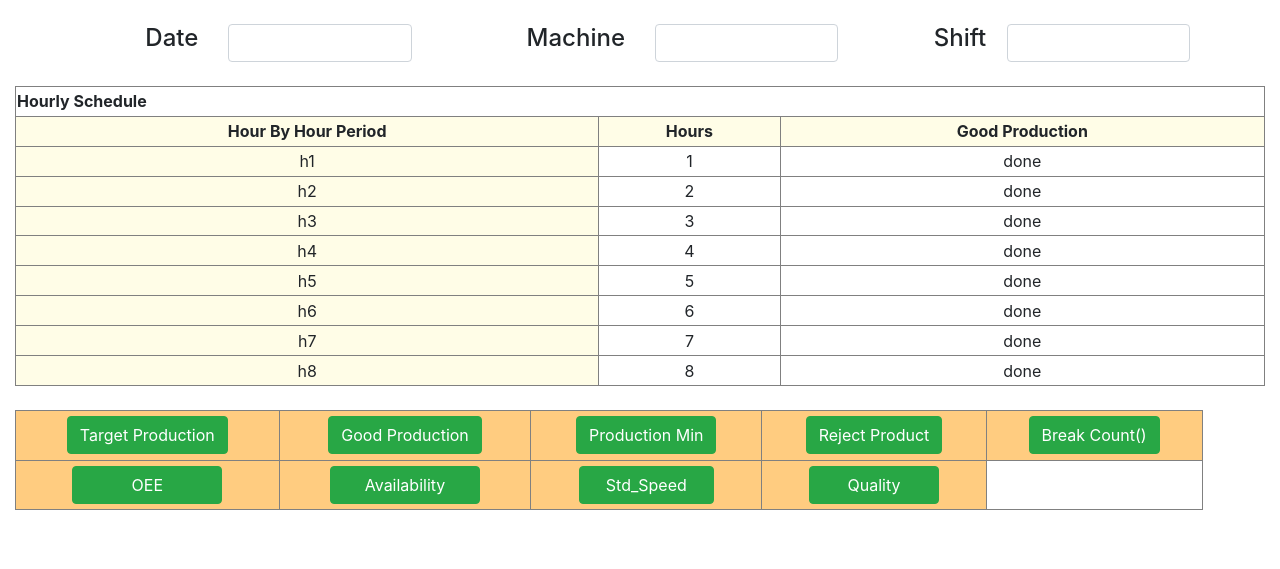
Repository: hisamit97/TVS-Locas
Page: index.html
These files come from the project's save history. The page is drawn as it stood at one moment and after the next save; the edit follows.
The browser window is 1280 px wide. The pictures show the whole page.

Above is the page before, as saved 2020-12-01 11:57:21.

### index.html
<html>

<head>
    <title>TVS LoCas</title>
    <link rel="stylesheet" href="https://cdn.jsdelivr.net/npm/bootstrap@4.5.3/dist/css/bootstrap.min.css" integrity="sha384-TX8t27EcRE3e/ihU7zmQxVncDAy5uIKz4rEkgIXeMed4M0jlfIDPvg6uqKI2xXr2" crossorigin="anonymous">

<!-- jQuery and JS bundle w/ Popper.js -->
<script src="https://code.jquery.com/jquery-3.5.1.slim.min.js" integrity="sha384-DfXdz2htPH0lsSSs5nCTpuj/zy4C+OGpamoFVy38MVBnE+IbbVYUew+OrCXaRkfj" crossorigin="anonymous"></script>
<script src="https://cdn.jsdelivr.net/npm/bootstrap@4.5.3/dist/js/bootstrap.bundle.min.js" integrity="sha384-ho+j7jyWK8fNQe+A12Hb8AhRq26LrZ/JpcUGGOn+Y7RsweNrtN/tE3MoK7ZeZDyx" crossorigin="anonymous"></script>
</head>
<body>
    <div class="container-fluid">
        <div class="row">
            <div class="col-md-4"></div>
            <div class="col-md-4"></div>
            <div class="col-md-4"></div>
        </div>
        <br>
        <div class="row" >
            <div class="col-md-4">
                <div class="row">
                    <div class="col-md-6 text-right"><h4>Date</h4></div>
                    <div class="col-md-6"><input type="text" class="form-control mr-3"></div>
                </div>
            </div>
            <div class="col-md-4">
                <div class="row">
                    <div class="col-md-6 text-right" ><h4>Machine</h4></div>
                    <div class="col-md-6"><input type="text" class="form-control"></div>
                </div>
            </div>
            <div class="col-md-4">
                <div class="row">
                    <div class="col-md-6 text-center"><h4>Shift</h4></div>
                    <div class="col-md-6" style="margin-left: -75px;"><input type="text" class="form-control"></div>
                </div>
            </div>
        </div>
        <br>
        <div class="row">
            <div class="col-md-12">
                <table width="100%" border="1" height="300px">
                   <tr  >
                       <th colspan="3">Hourly Schedule</th>
                   </tr>
                   <tr style="text-align: center; background: #fffde7;">
                       <th >Hour By Hour Period</th>
                       <th>Hours</th>
                       <th>Good Production</th>
                    </tr>
                    <tr style="text-align: center;">
                        <td style="background:#fffde7;">h1</td>
                        <td>1</td>
                        <td>done</td>
                    </tr>
                    <tr style="text-align: center;">
                        <td style="background:#fffde7;">h2</td>
                        <td>2</td>
                        <td>done</td>
                    </tr>
                    <tr style="text-align: center;">
                        <td style="background:#fffde7;">h3</td>
                        <td>3</td>
                        <td>done</td>
                    </tr>
                    <tr style="text-align: center;">
                        <td style="background:#fffde7;">h4</td>
                        <td>4</td>
                        <td>done</td>
                    </tr>
                    <tr style="text-align: center;">
                        <td style="background:#fffde7;">h5</td>
                        <td>5</td>
                        <td>done</td>
                    </tr>
                    <tr style="text-align: center;">
                        <td style="background:#fffde7;">h6</td>
                        <td>6</td>
                        <td>done</td>
                    </tr>
                    <tr style="text-align: center;">
                        <td style="background:#fffde7;">h7</td>
                        <td>7</td>
                        <td>done</td>
                    </tr>
                    <tr style="text-align: center;">
                        <td style="background:#fffde7;">h8</td>
                        <td>8</td>
                        <td>done</td>
                    </tr>
                </table>
            </div>
        </div>
        <br>
        <div class="row">
            <div class="col-md-12">
            <table width="95%" border=1 height="100px">
                <tr style="text-align: center;background:#ffcc80;">
                    <td><button class="btn btn-success">Target Production</button></td>
                    <td><button class="btn btn-success">Good Production</button></td>
                    <td><button class="btn btn-success">Production Min</button></td>
                    <td><button class="btn btn-success">Reject Product</button></td>
                    <td><button class="btn btn-success">Break Count()</button></td>
                </tr>
                <tr style="text-align: center;background:#ffcc80;">
                    <td><button class="btn btn-success" style="width:150px">OEE</button></td>
                    <td><button class="btn btn-success" style="width:150px">Availability</button></td>
                    <td><button class="btn btn-success" style="width:135px">Std_Speed</button></td>
                    <td><button class="btn btn-success" style="width:130px">Quality</button></td>
                </tr>
            </table>
            </div>
        </div>
        <br>

    </div>
</body>
</html>

After the next save:
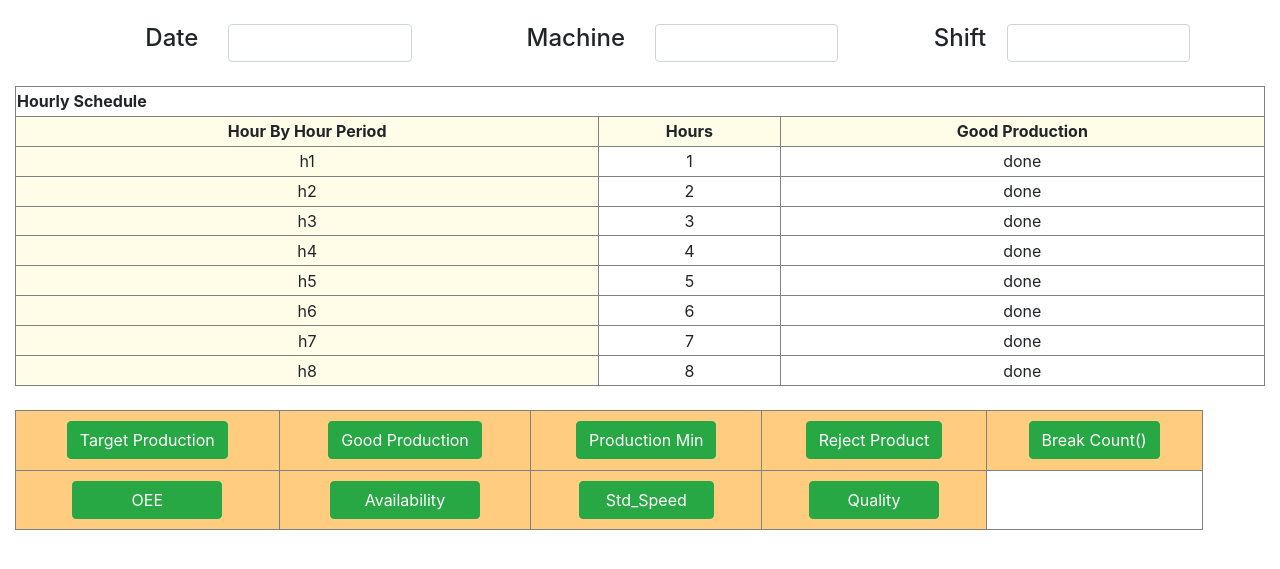
Saved 10 s later.
--- a/index.html
+++ b/index.html
@@ -94,7 +94,7 @@
         <br>
         <div class="row">
             <div class="col-md-12">
-            <table width="95%" border=1 height="100px">
+            <table width="95%" border=1 height="120px">
                 <tr style="text-align: center;background:#ffcc80;">
                     <td><button class="btn btn-success">Target Production</button></td>
                     <td><button class="btn btn-success">Good Production</button></td>
